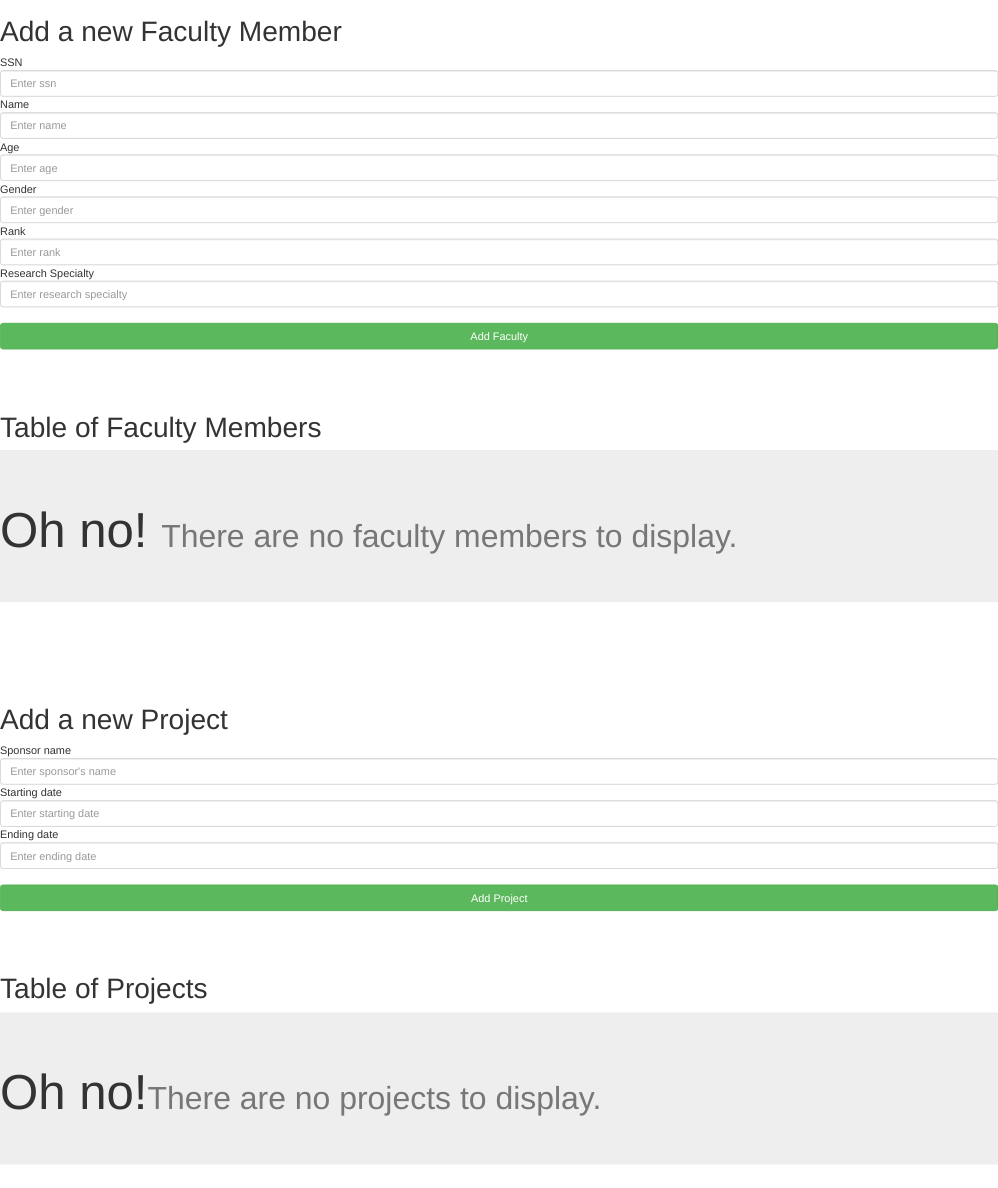
Repository: cpham19/DatabaseSite
Page: http://localhost/database/Table
An editor plug-in stored every save of this project. The page is shown before and after the next save, followed by the edit.
The browser window is 1280 px wide. The pictures show the whole page, at 78% of full size.
The page is served by Tomcat 9. Other server files are loaded and not shown. Queries for data that is not in the repository find no rows.

Above is the page before, as saved 2017-07-30 04:23:59.

### database/src/main/webapp/Table.jsp
<%@ page language="java" contentType="text/html; charset=UTF-8" pageEncoding="UTF-8"%>
<%@ taglib prefix="c" uri="http://java.sun.com/jsp/jstl/core" %>
<%@ taglib prefix="fn" uri="http://java.sun.com/jsp/jstl/functions" %>
<!doctype html>
<html lang="en">
<head>
	<title>Faculty</title>
	<!-- Latest compiled and minified CSS -->
	<link rel="stylesheet" href="https://maxcdn.bootstrapcdn.com/bootstrap/3.3.7/css/bootstrap.min.css" integrity="sha384-BVYiiSIFeK1dGmJRAkycuHAHRg32OmUcww7on3RYdg4Va+PmSTsz/K68vbdEjh4u" crossorigin="anonymous">
</head>
<body>

   <h1>Add a new Faculty Member</h1>
	<form action="AddFaculty" method="post">
		SSN <input type="text" class="form-control" id="ssn" name="ssn" placeholder="Enter ssn">
		Name <input type="text" class="form-control" id="name" name="name" placeholder="Enter name">
		Age <input type="text" class="form-control" id="age" name="age" placeholder="Enter age">
		Gender <input type="text" class="form-control" id="gender" name="gender" placeholder="Enter gender">
		Rank <input type="text" class="form-control" id="rank" name="rank" placeholder="Enter rank">
		Research Specialty <input type="text" class="form-control" id="res_spec" name="res_spec" placeholder="Enter research specialty">
		<br/>
		<button type="submit" class="btn btn-success btn-block">Add Faculty</button>
	</form>

	<br/>
	<br/>
	<br/>

	<h1>Table of Faculty Members</h1>
	<c:if test="${empty faculties}">
		<div class="jumbotron">
			<h1>Oh no! <small>There are no faculty members to display.</small></h1>
		</div>
	</c:if>

	<c:if test="${not empty faculties}">
		<c:forEach items="${faculties}" var="faculty">
			<div class="panel panel-default">
	 			<div class="panel-body">
					<h3>${faculty.name} (${faculty.res_spec})
					 <a href="ViewProfessorProject?name=${faculty.name}&ssn=${faculty.ssn}" class="btn btn-primary" role="button">View Projects</a><a href="DeleteFaculty?id=${faculty.id}&ssn=${faculty.ssn}" class="btn btn-danger" role="button">Delete Faculty</a>
					 <br/>
					</h3>
					<p>Gender: ${faculty.gender} | Age: ${faculty.age} | SSN : ${faculty.ssn}</p>
						<form action="AddProjectToProf" method="post">
								<input type="text" id="prof_ssn" name="prof_ssn" value="${faculty.ssn}">
								<input type="text" id="proj_num" name="proj_num" placeholder="Enter project number">
								<button type="submit" class="btn btn-success btn-block">Add Project to Professor</button>
						</form>
			    </div>
			</div>
		</c:forEach>
	</c:if>

	<br/>
	<br/>
    <br/>
	<br/>
	<h1>Add a new Project</h1>
	<form action="AddProject" method="post">
		Sponsor name <input type="text" class="form-control" id="sponsorName" name="sponsorName" placeholder="Enter sponsor's name">
		Starting date <input type="text" class="form-control" id="startingDate" name="startingDate" placeholder="Enter starting date">
		Ending date <input type="text" class="form-control" id="endingDate" name="endingDate" placeholder="Enter ending date">
		<br/>
		<button type="submit" class="btn btn-success btn-block">Add Project</button>
	</form>

	<br/>
	<br/>
	<br/>

    <h1>Table of Projects</h1>
	<c:if test="${empty projects}">
		<div class="jumbotron">
			<h1>Oh no!<small>There are no projects to display.</small></h1>
		</div>
	</c:if>

	<c:if test="${not empty projects}">
		<c:forEach items="${projects}" var="project">
 			<div class="pane panel-default">
				 <div class = "pane panel-heading"><h1>Project#${project.projectNum} ${project.sponsorName} | Start: ${project.startingDate}  End: ${project.endingDate}  <a href="DeleteProject?id=${project.projectNum}" class="btn btn-danger" role="button">Delete Project</a></h1></div>
			</div>
		</c:forEach>
	</c:if>

</body>
</html>

### database/src/main/java/Table.java
import java.io.IOException;
import java.sql.Connection;
import java.sql.DriverManager;
import java.sql.ResultSet;
import java.sql.SQLException;
import java.sql.Statement;
import java.util.ArrayList;

import javax.servlet.ServletConfig;
import javax.servlet.ServletException;
import javax.servlet.http.HttpServlet;
import javax.servlet.http.HttpServletRequest;
import javax.servlet.http.HttpServletResponse;

public class Table extends HttpServlet
{
	private static final long serialVersionUID = 1L;


	public void init(ServletConfig config) throws ServletException {
		super.init(config);

		try {
			Class.forName("org.postgresql.Driver");
		}
		catch (ClassNotFoundException e) {
			throw new ServletException(e);
		}
	}

	protected void doGet(HttpServletRequest request, HttpServletResponse response) throws ServletException, IOException
	{
		ArrayList<FacultyModel> faculties = new ArrayList<>();
		ArrayList<ProjectModel> projects = new ArrayList<>();

		Connection c = null;
        try
        {
            String url = "jdbc:postgresql://cs1.calstatela.edu:5432/cs4222s29";
            String username = "cs4222s29";
            String password = "Wh0QcrwJ";
            c = DriverManager.getConnection( url, username, password );

            Statement stmt = c.createStatement();

            ResultSet rs = stmt.executeQuery("select * from faculty");

            while (rs.next()) {

            	FacultyModel entry = new FacultyModel(rs.getInt("id"), rs.getString("ssn"), rs.getString("name"), rs.getInt("age"),
            										  rs.getString("gender"), rs.getString("rank"), rs.getString("res_spec"));

            	faculties.add(entry);
 			}

            rs = stmt.executeQuery("select * from project");

            while (rs.next()) {

            	ProjectModel entry = new ProjectModel(rs.getInt("project_num"), rs.getString("sponsor_name"), rs.getString("starting_date"), rs.getString("ending_date"));

            	projects.add(entry);
 			}
        }

        catch( SQLException e ) {

            throw new ServletException( e );

        }

        finally {

            try {

                if( c != null ) c.close();

            }

            catch( SQLException e ) {

                throw new ServletException( e );

            }

        }

        request.setAttribute("faculties", faculties);
        request.setAttribute("projects", projects);

        request.getRequestDispatcher("Table.jsp").forward(request,response);
	}


	protected void doPost(HttpServletRequest request, HttpServletResponse response) throws ServletException, IOException
	{
		doGet(request, response);
	}

}

After the next save:
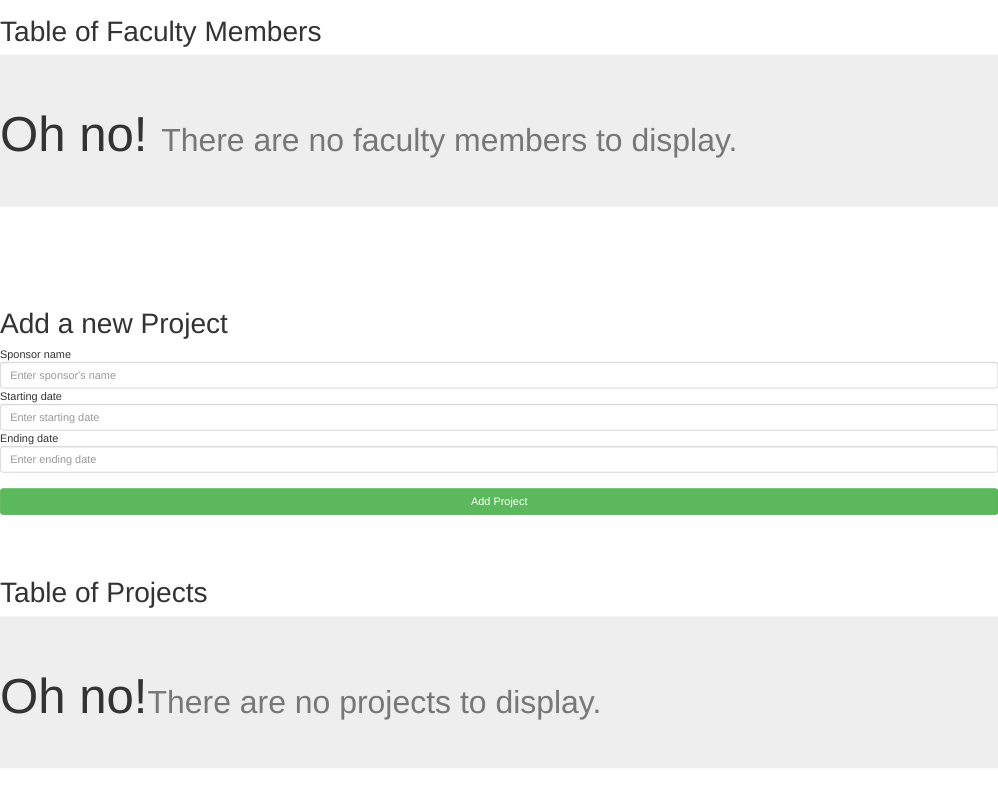
Saved 5 s later.
--- a/database/src/main/webapp/Table.jsp
+++ b/database/src/main/webapp/Table.jsp
@@ -9,23 +9,6 @@
 	<link rel="stylesheet" href="https://maxcdn.bootstrapcdn.com/bootstrap/3.3.7/css/bootstrap.min.css" integrity="sha384-BVYiiSIFeK1dGmJRAkycuHAHRg32OmUcww7on3RYdg4Va+PmSTsz/K68vbdEjh4u" crossorigin="anonymous">
 </head>
 <body>
-
-   <h1>Add a new Faculty Member</h1>
-	<form action="AddFaculty" method="post">
-		SSN <input type="text" class="form-control" id="ssn" name="ssn" placeholder="Enter ssn">
-		Name <input type="text" class="form-control" id="name" name="name" placeholder="Enter name">
-		Age <input type="text" class="form-control" id="age" name="age" placeholder="Enter age">
-		Gender <input type="text" class="form-control" id="gender" name="gender" placeholder="Enter gender">
-		Rank <input type="text" class="form-control" id="rank" name="rank" placeholder="Enter rank">
-		Research Specialty <input type="text" class="form-control" id="res_spec" name="res_spec" placeholder="Enter research specialty">
-		<br/>
-		<button type="submit" class="btn btn-success btn-block">Add Faculty</button>
-	</form>
-
-	<br/>
-	<br/>
-	<br/>
-
 	<h1>Table of Faculty Members</h1>
 	<c:if test="${empty faculties}">
 		<div class="jumbotron">
